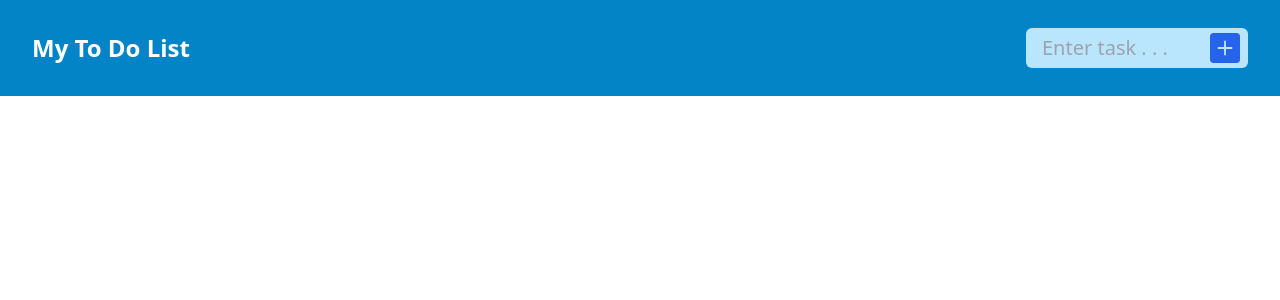
Repository: SaadYasin/react-to-do-list
Page: /
These files come from the project's save history. The page is drawn as it stood at one moment and after the next save; the edit follows.
The browser window is 1280 px wide. The pictures show the whole page.
The project was rebuilt for these pictures with package versions that can differ from the ones it lists, and the page was loaded fresh each time. Also part of the build but not shown: src/App.css.

Above is the page before, as saved 2022-11-09 20:30:37.

### public/index.html
<!DOCTYPE html>
<html lang="en">
  <head>
    <meta charset="utf-8" />
    <link rel="icon" href="%PUBLIC_URL%/favicon.ico" />
    <meta name="viewport" content="width=device-width, initial-scale=1" />
    <meta name="theme-color" content="#000000" />
    <meta
      name="description"
      content="Web site created using create-react-app"
    />
    <link rel="apple-touch-icon" href="%PUBLIC_URL%/logo192.png" />

    <link rel="manifest" href="%PUBLIC_URL%/manifest.json" />

    <title>React | To Do List</title>
  </head>
  <body>
    <noscript>You need to enable JavaScript to run this app.</noscript>
    <div id="root"></div>

  </body>
</html>

### src/App.js
import Header from './components/Header';
import './App.css';

function App() {
  return (
    <div>
      <Header />
    </div>
  );
}

export default App;

### src/components/Header.js
import React from 'react'
import Input from './Input'

const Header = () => {
  return (
    <div className="flex flex-col items-center md:flex-row md:justify-between h-24 bg-sky-600 px-8">
      <h1 className="text-2xl font-bold text-white my-2">My To Do List</h1>
      <Input />
    </div>
  );
}

export default Header

### src/components/Input.js
import React from "react";
import { BsFillPlusSquareFill } from "react-icons/bs";

const Input = () => {
  return (
    <div>
      <form className="flex h-10 bg-sky-200 rounded-md">
        <input
          type="text"
          placeholder="Enter task . . ."
          className="text-xl bg-transparent text-white px-4 w-44 outline-none"
        />
        <button className="text-3xl text-blue-600 px-2" type="submit">
          <BsFillPlusSquareFill />
        </button>

        <div className="select">

        </div>
      </form>
    </div>
  );
};

export default Input;

Loaded but not shown: src/index.js (common file); src/index.css (common file); tailwind.config.js (common file)

After the next save:
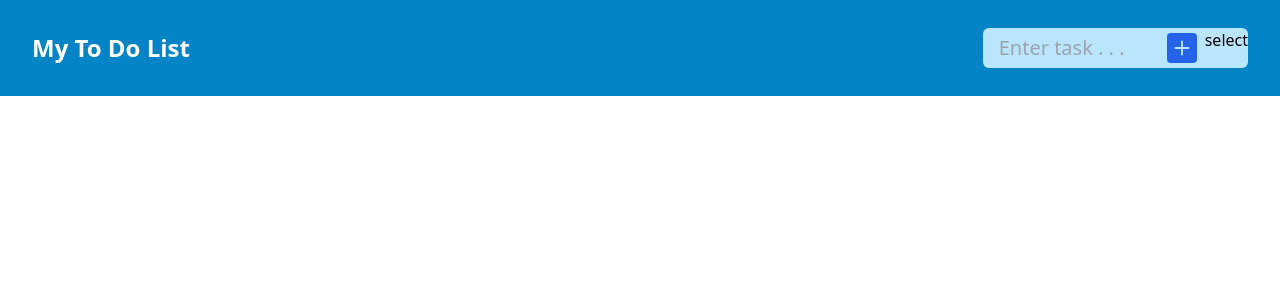
Saved 9 s later.
--- a/src/components/Input.js
+++ b/src/components/Input.js
@@ -15,7 +15,7 @@
         </button>
 
         <div className="select">
-
+          select
         </div>
       </form>
     </div>
